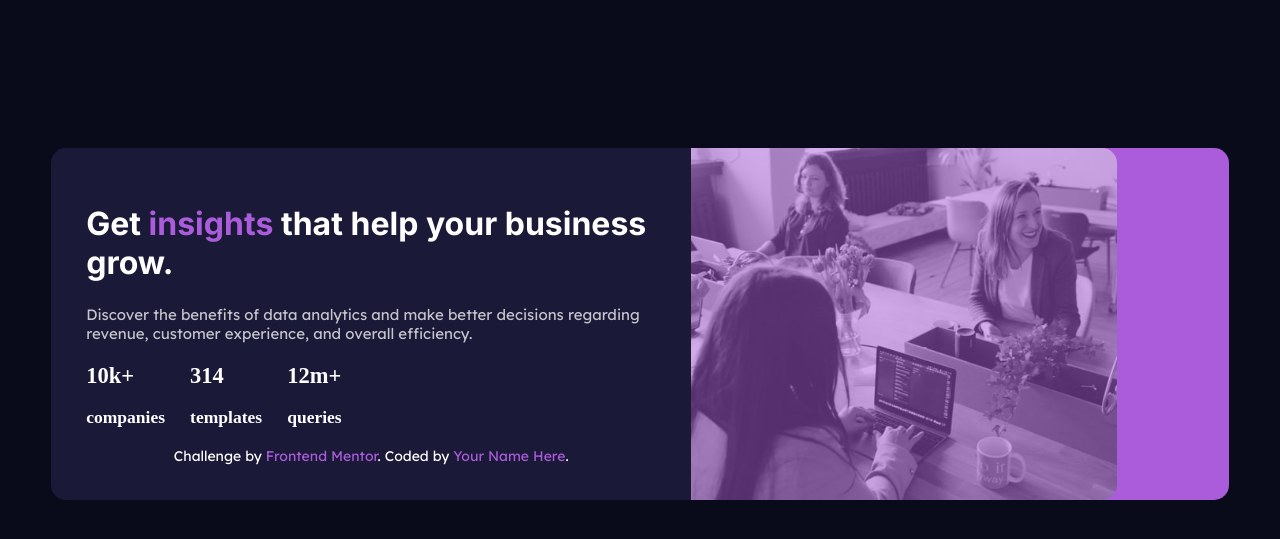
Repository: wasanmsn/Card_Challange
Page: index.html
These files come from the project's save history. The page is drawn as it stood at one moment and after the next save; the edit follows.
The browser window is 1280 px wide. The pictures show the whole page.

Above is the page before, as saved 2021-07-21 17:24:06.

### index.html
<!DOCTYPE html>
<html lang="en">

<head>
  <meta charset="UTF-8">
  <meta name="viewport" content="width=device-width, initial-scale=1.0">
  <!-- displays site properly based on user's device -->

  <link rel="icon" type="image/png" sizes="32x32" href="./images/favicon-32x32.png">
  <link rel="stylesheet" href="./stylesheet.css">

  <title>Frontend Mentor | Stats preview card component</title>

</head>

<body>
  <div class="container">
    <div class="column1">
      <h1 id="header">
        Get <span>insights</span> that help your business grow.
      </h1>
      <div id="content">
        Discover the benefits of data analytics and make better decisions regarding revenue, customer
        experience, and overall efficiency.
      </div>
      <div id="content2">
        <div class="row"><h2>10k+</h2> <h3>companies</h3></div>
        <div class="row"><h2>314</h2> <h3>templates</h3></div>
        <div class="row"><h2>12m+</h2> <h3>queries</h3></div>
      </div>
      <div class="attribution">
        Challenge by <a href="https://www.frontendmentor.io?ref=challenge" target="_blank">Frontend Mentor</a>.
        Coded by <a href="#">Your Name Here</a>.
      </div>
    </div>
      <div class="column2">
        <image id="img" src="./images/image-header-desktop.jpg">
    </div>
  </div>


</body>

</html>

### stylesheet.css
@import url('https://fonts.googleapis.com/css2?family=Inter:wght@400;700&family=Lexend+Deca&display=swap');

body {
    margin: 0;
    padding: 0;
    background-color: hsl(233, 47%, 7%);

}

.container {
    width: 100%;
    display: flex;
    height: 90vh;
    justify-content: center;
    align-items: center;

}

.column1 {
    -webkit-box-sizing: border-box;
    /* Safari/Chrome, other WebKit */
    -moz-box-sizing: border-box;
    /* Firefox, other Gecko */
    box-sizing: border-box;
    /* Opera/IE 8+ */
    display: flex;
    flex-direction: column;
    justify-content: space-between;
    height: 22rem;
    width: 50%;
    padding: 35px;
    border-radius: 15px 0 0 15px;
    background-color: hsl(244, 38%, 16%);

}

.column2 {
    -webkit-box-sizing: border-box;
    /* Safari/Chrome, other WebKit */
    -moz-box-sizing: border-box;
    /* Firefox, other Gecko */
    box-sizing: border-box;
    /* Opera/IE 8+ */
    height: 22rem;
    width: 42%;
    border-radius: 0 15px 15px 0;
    background-color: hsl(277, 64%, 61%);
}

span {
    color: hsl(277, 64%, 61%);

}

#img {
    opacity: 0.5;
    height: 100%;
    border-radius: 0 15px 15px 0;
}

#header {
    font-family: 'Inter', sans-serif;
    font-weight: 700;
    color: hsl(0, 0%, 100%);
}

#content {
    font-size: 15px;
    font-family: 'Lexend Deca', sans-serif;
    color: hsla(0, 0%, 100%, 0.75);
}

#content2 {
    display: flex;
    font-size: 15px;
    font-family: 'Times New Roman', Times, serif;
    color: hsl(0, 0%, 100%);
}

.row {
    display: block;
    margin-right: 25px;
}

.attribution {
    font-size: 14px;
    text-align: center;
    font-family: 'Lexend Deca', sans-serif;
    color: hsl(0, 0%, 100%);
}

.attribution a {
    text-decoration: none;
    color: hsl(277, 64%, 61%);
}

@media (max-width:600px) {
    .container {
        margin-top: 50px;
        width: 100%;
        display: flex;
        height: 90vh;
        flex-direction: column-reverse;
        justify-content: center;
        align-items: center;

    }

    .column1 {

        -webkit-box-sizing: border-box;
        /* Safari/Chrome, other WebKit */
        -moz-box-sizing: border-box;
        /* Firefox, other Gecko */
        box-sizing: border-box;
        /* Opera/IE 8+ */
        display: flex;
        flex-direction: column;
        justify-content: space-between;
        height: 100%;
        width: 80%;
        border-radius: 0 0 15px 15px  ;
        background-color: hsl(244, 38%, 16%);

    }

    .column2 {
        -webkit-box-sizing: border-box;
        /* Safari/Chrome, other WebKit */
        -moz-box-sizing: border-box;
        /* Firefox, other Gecko */
        box-sizing: border-box;
        /* Opera/IE 8+ */
        width: 80%;
        margin-top: 30px;
        border-radius: 15px 15px 0 0 ;
        background-color: hsl(277, 64%, 61%);
    }
    #img {
        opacity: 0.5;
        height: 100%;
        width: 100%;
        border-radius: 15px 15px 0 0 ;
    }
}

After the next save:
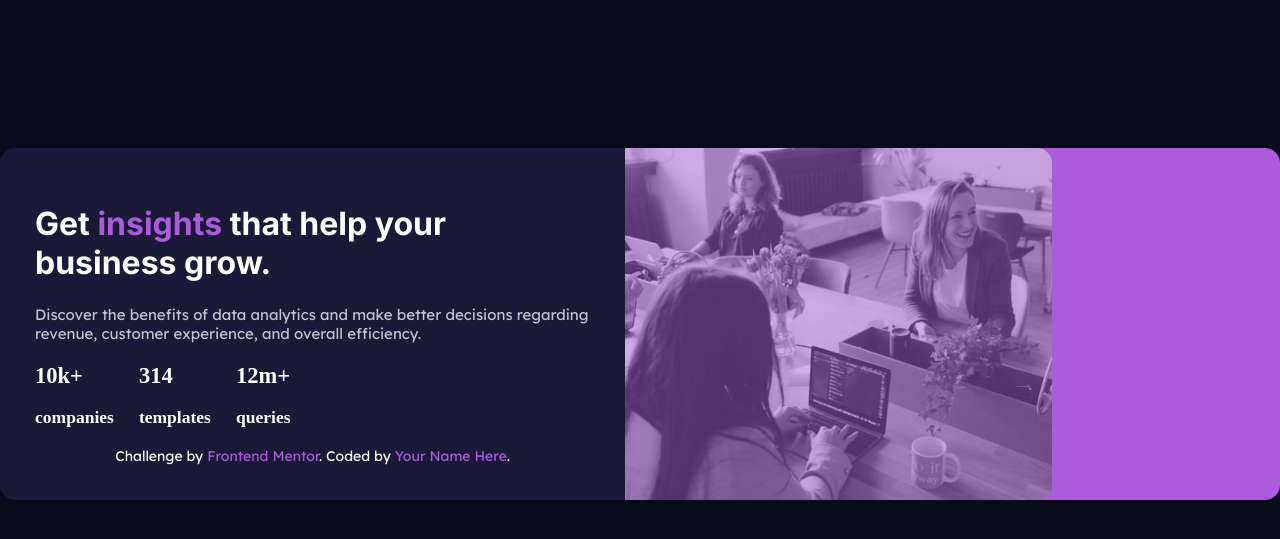
Saved 17 s later.
--- a/stylesheet.css
+++ b/stylesheet.css
@@ -42,7 +42,7 @@ body {
     box-sizing: border-box;
     /* Opera/IE 8+ */
     height: 22rem;
-    width: 42%;
+    width: 42rem;
     border-radius: 0 15px 15px 0;
     background-color: hsl(277, 64%, 61%);
 }
